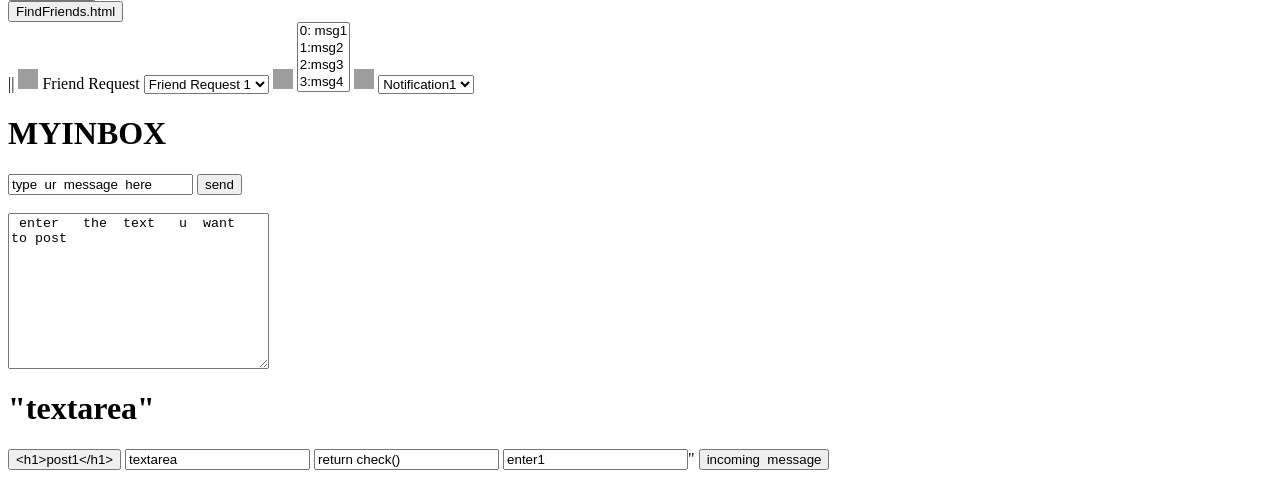
Repository: heenasalim/Java_Script
Page: Simplehtmldemo/WebContent/home.html
These files come from the project's save history. The page is drawn as it stood at one moment and after the next save; the edit follows.
The browser window is 1280 px wide. The pictures show the part of the page from y = 658 to 1139 px (the page is 1136 px tall before and 1139 px after).
Pictures or frames that could not be fetched are drawn as grey boxes. A picture or video elsewhere on the page could not be fetched, so the positions and the page height are approximate.

Above is the page before, as saved 2015-10-12 14:31:58.

After the next save:
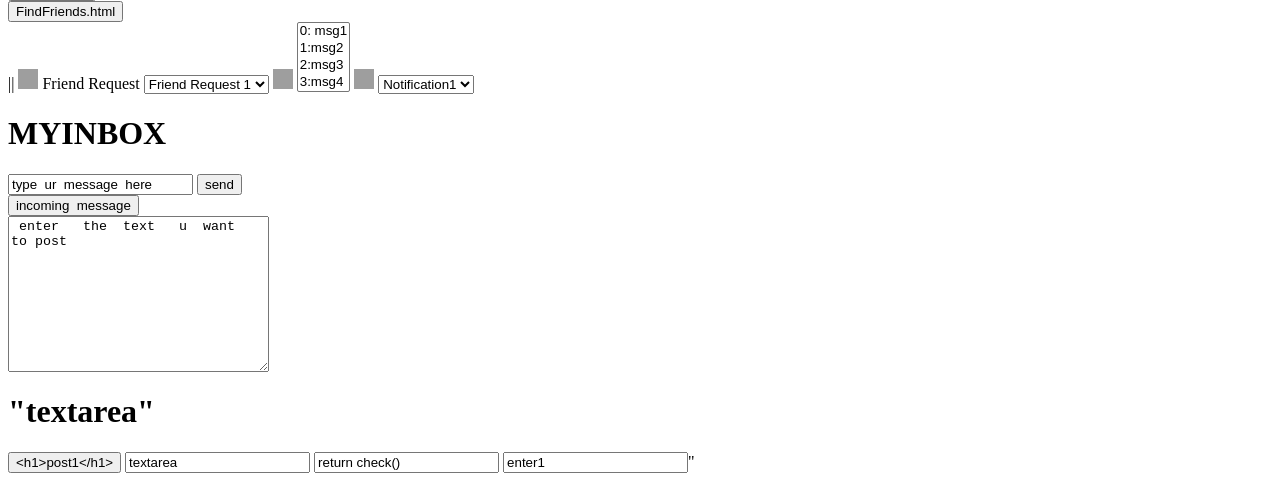
Saved 64 s later.
--- a/Simplehtmldemo/WebContent/home.html
+++ b/Simplehtmldemo/WebContent/home.html
@@ -82,7 +82,7 @@ Friend  Request
 <input  type="text"  name="te"  id="t" value="type  ur  message  here"/>
 <input  type="submit"  value="send"/>
 </form>
-
+<input  type="submit" onclick="Fbuser2servlet"   value="incoming  message" >
 <br/>
 
 <textarea rows="10" cols="30"  name="textarea"  id="enter"> enter   the  text   u  want   to post </textarea>
@@ -92,7 +92,7 @@ Friend  Request
 <input  type="text"  name="post333"  id="post333" value="textarea" onkeyup="check(this)" >
 <input  type="text"  name="practice1"  id="practice2" value="return check()"  >
 <input type="text" name="textfeild"   value=enter1 />"
-<input  type="submit" onclick="Fbuser2servlet"   value="incoming  message" >
+
 
 </form >
 <a></a>
